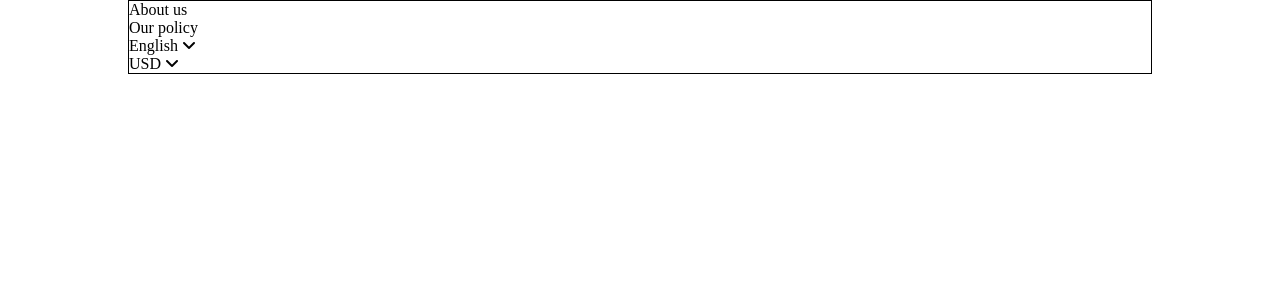
Repository: jacoporm1989/studioFlexbox
Page: FLEXBOX/header+navbar+hero+cards/index.html
An editor plug-in stored every save of this project. The page is shown before and after the next save, followed by the edit.
The browser window is 1280 px wide. The pictures show the whole page.

Above is the page before, as saved 2026-06-17 18:03:14.

After the next save:
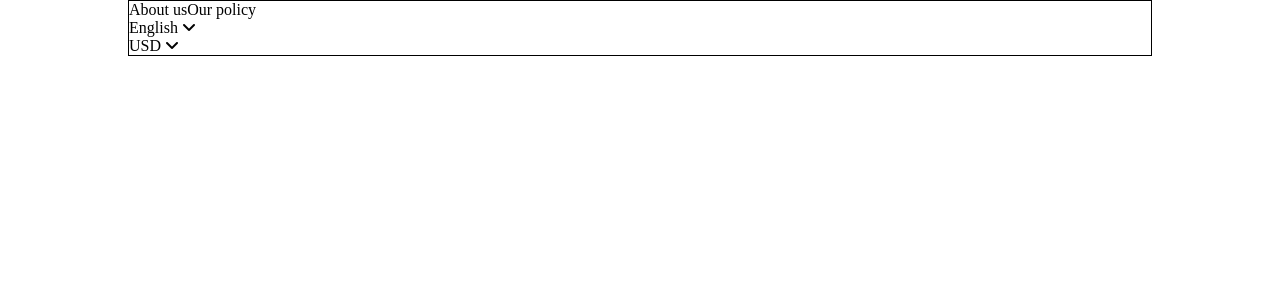
Saved 56 s later.
--- a/FLEXBOX/header+navbar+hero+cards/style.css
+++ b/FLEXBOX/header+navbar+hero+cards/style.css
@@ -17,3 +17,9 @@
 
 
 }
+
+.lato-sx{
+    display:flex;
+    justify-content:flex-start;
+
+}
